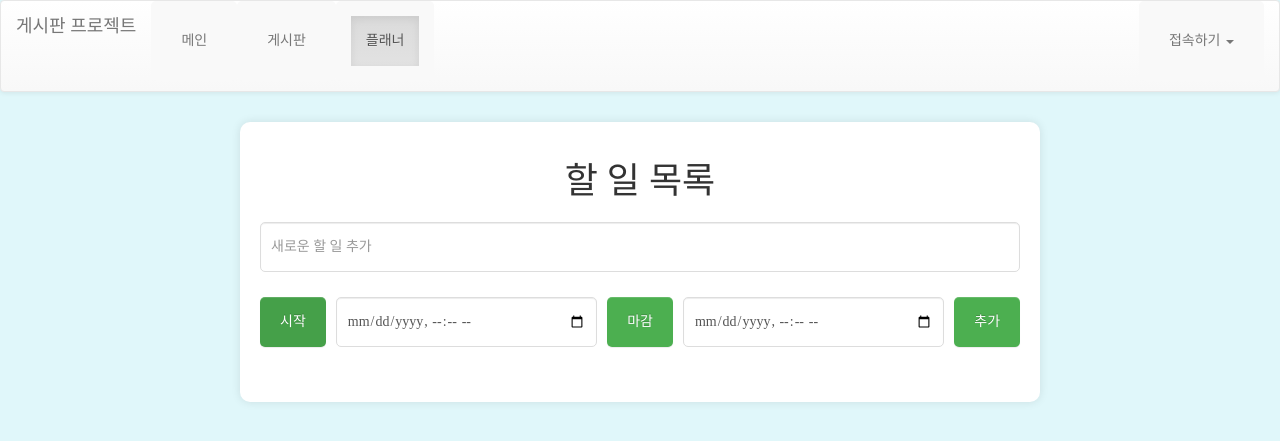
Repository: Seok7975/JSP-Education
Page: http://localhost/ToDoList공유_게시판/planner/planner.jsp
The author's editor kept a copy of each file at every save. The page is drawn from the files as they stood at one save, then again after the next save.
The browser window is 1280 px wide. The pictures show the whole page.
The pointer rests on the first visible `.add-item button`.
Some web fonts or font styles are not loaded; a fallback is used. Some web libraries are served in a nearby version. The page is served by Tomcat 9. Other server files are loaded and not shown.

Above is the page before, as saved 2024-06-17 05:37:16.

### List_Projects_ver2/ToDoList공유 게시판/src/main/webapp/planner/planner.jsp
<%@page import="java.util.List"%>
<%@page import="java.util.ArrayList"%>
<%@page import="java.text.SimpleDateFormat"%>
<%@page import="java.util.Date"%>
<%@page import="java.text.ParseException"%>
<%@page import="com.example.Task"%> <!-- Task 클래스 import -->
<%@ page language="java" contentType="text/html; charset=UTF-8"
    pageEncoding="UTF-8"%>

<!DOCTYPE html>
<html>
<head>
    <meta http-equiv="Content-Type" content="text/html; charset=UTF-8">
    <meta name="viewport" content="width=device-width, initial-scale=1">
    <link rel="stylesheet" href="https://cdn.jsdelivr.net/npm/bootstrap@3.3.7/dist/css/bootstrap.min.css" integrity="sha384-BVYiiSIFeK1dGmJRAkycuHAHRg32OmUcww7on3RYdg4Va+PmSTsz/K68vbdEjh4u" crossorigin="anonymous">
    <link rel="stylesheet" href="https://cdn.jsdelivr.net/npm/bootstrap@3.3.7/dist/css/bootstrap-theme.min.css" integrity="sha384-rHyoN1iRsVXV4nD0JutlnGaslCJuC7uwjduW9SVrLvRYooPp2bWYgmgJQIXwl/Sp" crossorigin="anonymous">
    <link rel="stylesheet" href="../todolistCss/todolistStyle.css"> <!-- 외부 CSS 파일 참조 -->
    <script src="https://code.jquery.com/jquery-3.1.1.min.js"></script>
    <script src="https://cdn.jsdelivr.net/npm/bootstrap@3.3.7/dist/js/bootstrap.min.js" integrity="sha384-Tc5IQib027qvyjSMfHjOMaLkfuWVxZxUPnCJA7l2mCWNIpG9mGCD8wGNIcPD7Txa" crossorigin="anonymous"></script>
    <link rel="stylesheet" href="../css/jumbotronCustom.css">
    <title>투두리스트 페이지</title>
    <script>
        $(document).ready(function() {
            $('#startButton').click(function() {
                $('#startDateTime').focus().click();
            });
            $('#dueButton').click(function() {
                $('#dueDateTime').focus().click();
            });
        });
    </script>
</head>
<body>
<%
    String userID = null;
    if (session.getAttribute("userID") != null) {
        userID = (String) session.getAttribute("userID");
    }
%>
    <nav class="navbar navbar-default">
        <div class="container-fluid">
            <div class="navbar-header">
                <button type="button" class="navbar-toggle collapsed" data-toggle="collapse" data-target="#bs-example-navbar-collapse-1" aria-expanded="false">
                    <span class="sr-only">Toggle navigation</span>
                    <span class="icon-bar"></span>
                    <span class="icon-bar"></span>
                    <span class="icon-bar"></span>
                </button>
                <a class="navbar-brand" href="../main.jsp">게시판 프로젝트</a>
            </div>
            <div class="collapse navbar-collapse" id="bs-example-navbar-collapse-1">
                <ul class="nav navbar-nav">
                    <li><a href="../main.jsp">메인</a></li>
                    <li><a href="../bbs.jsp">게시판</a></li>
                    <li class="active"><a href="planner.jsp">플래너</a></li> <!-- 플래너 메뉴 추가 -->
                </ul>
                <%
                    if(userID == null) {
                %>
                    <ul class="nav navbar-nav navbar-right">
                        <li class="dropdown">
                            <a href="#" class="dropdown-toggle" data-toggle="dropdown" role="button" aria-haspopup="true" aria-expanded="false">접속하기 <span class="caret"></span></a>
                            <ul class="dropdown-menu">
                                <li><a href="../login.jsp">로그인</a></li>
                                <li><a href="../join.jsp">회원가입</a></li>
                            </ul>
                        </li>
                    </ul>
                <%
                    } else {
                %>
                    <ul class="nav navbar-nav navbar-right">
                        <li class="dropdown">
                            <a href="#" class="dropdown-toggle" data-toggle="dropdown" role="button" aria-haspopup="true" aria-expanded="false">회원관리<span class="caret"></span></a>
                            <ul class="dropdown-menu">
                                <li><a href="../logoutAction.jsp">로그아웃</a></li>
                            </ul>
                        </li>
                    </ul>
                <%
                    }
                %>
            </div>
        </div>
    </nav>

    <div class="todo-container">
        <h1>할 일 목록</h1>
        <form class="add-item" action="addItem.jsp" method="post">
            <div class="form-group">
                <input type="text" class="form-control" name="item" placeholder="새로운 할 일 추가" required>
            </div>
            <div class="form-group">
                <button type="button" id="startButton" class="btn btn-primary">시작</button>
                <input type="datetime-local" class="form-control" id="startDateTime" name="startDateTime" required>
                <button type="button" id="dueButton" class="btn btn-primary">마감</button>
                <input type="datetime-local" class="form-control" id="dueDateTime" name="dueDateTime" required>
                <button type="submit" class="btn btn-primary">추가</button>
            </div>
        </form>
        <ul>
            <%
                List<Task> tasks = (List<Task>) session.getAttribute("tasks");
                if (tasks == null) {
                    tasks = new ArrayList<>();
                }
                SimpleDateFormat dateFormat = new SimpleDateFormat("yyyy-MM-dd HH:mm");
                SimpleDateFormat inputFormat = new SimpleDateFormat("yyyy-MM-dd'T'HH:mm");

                for (Task task : tasks) {
                    Date startDate = null;
                    Date dueDate = null;
                    try {
                        startDate = inputFormat.parse(task.getStartDateTime());
                        dueDate = inputFormat.parse(task.getDueDateTime());
                    } catch (ParseException e) {
                        e.printStackTrace();
                    }
            %>
                <li class="<%= task.isCompleted() ? "completed" : "" %>">
                    <form action="toggleComplete.jsp" method="post" style="margin: 0;">
                        <input type="hidden" name="taskId" value="<%= task.getId() %>">
                        <input type="checkbox" name="completed" <%= task.isCompleted() ? "checked" : "" %> onChange="this.form.submit()">
                    </form>
                    <span><%= task.getItem() %> (시작: <%= dateFormat.format(startDate) %>, 마감: <%= dateFormat.format(dueDate) %>)</span>
                    <form action="deleteItem.jsp" method="post" style="margin: 0;">
                        <input type="hidden" name="taskId" value="<%= task.getId() %>">
                        <button class="delete btn btn-danger" type="submit">삭제</button>
                    </form>
                </li>
            <%
                }
            %>
        </ul>
    </div>
</body>
</html>

### List_Projects_ver2/ToDoList공유 게시판/src/main/webapp/todolistCss/todolistStyle.css
@charset "UTF-8";
body {
      background-color: #e0f7fa;   /* 생동감 있는 옅은 파란색 배경 */
}

.todo-container {
    max-width: 800px;
    margin: 30px auto;
    padding: 20px;
    background: #fff;
    border-radius: 10px;
    box-shadow: 0 0 10px rgba(0, 0, 0, 0.1);
}

h1 {
    text-align: center;
    color: #333;
    margin-bottom: 20px;
}

.add-item {
    display: flex;
    flex-direction: column;
    gap: 10px;
    margin-bottom: 20px;
}

.add-item .form-group {
    display: flex;
    gap: 10px;
}

.add-item input[type="text"],
.add-item input[type="datetime-local"] {
    flex: 1;
    padding: 10px;
    height: 50px;
    border: 1px solid #ddd;
    border-radius: 5px;
}



.add-item button {
    padding: 10px 20px;
    border: none;
    background: #4caf50;
    color: white;
    border-radius: 5px;
    cursor: pointer;
    transition: background 0.3s;
}

.add-item button:hover {
    background: #45a049;
}

ul {
    list-style: none;
    padding: 0;
}

ul li {
    background: #f9f9f9;
    margin-bottom: 10px;
    padding: 15px;
    border-radius: 5px;
    display: flex;
    justify-content: space-between;
    align-items: center;
    transition: background 0.3s;
}

ul li:hover {
    background: #ececec;
}

ul li.completed span {
    text-decoration: line-through;
    color: #999;
}

ul li form {
    display: flex;
    align-items: center;
}

ul li form input[type="checkbox"] {
    margin-right: 10px;
}

ul li span {
    flex-grow: 1;
}

.delete {
    background: #ff6b6b;
    color: white;
    border: none;
    padding: 5px 10px;
    border-radius: 5px;
    cursor: pointer;
    transition: background 0.3s;
}

.delete:hover {
    background: #ff4c4c;
}

### List_Projects_ver2/ToDoList공유 게시판/src/main/webapp/css/jumbotronCustom.css

@import url(http://fonts.googleapis.com/earlyaccess/nanumgothic.css);
@import url(http://fonts.googleapis.com/earlyaccess/hanna.css);
* {
	font-family : 'Nanum Gothic';
}

h1 {
	font-family : 'Hanna';
}

After the next save:
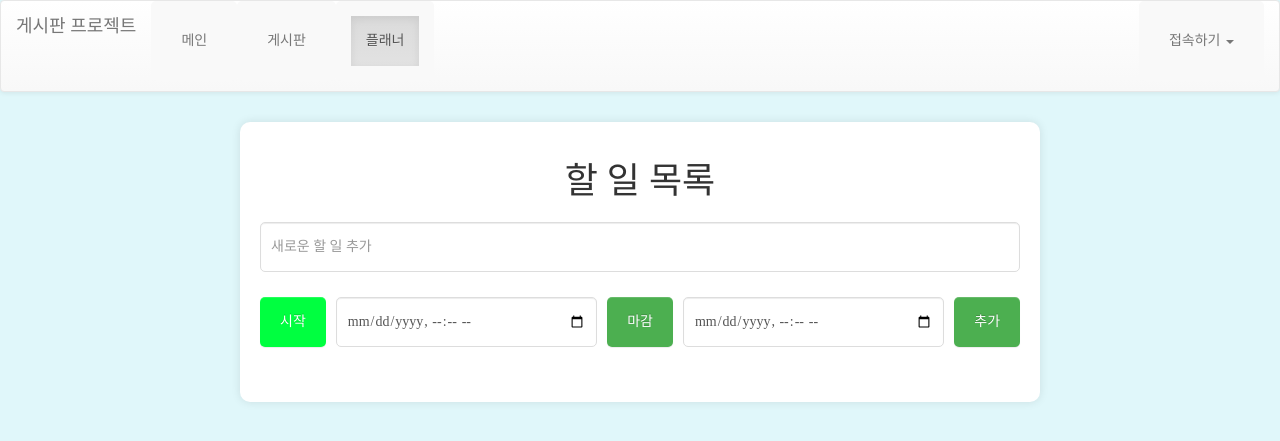
Saved 14 min 5 s later.
--- a/List_Projects_ver2/ToDoList공유 게시판/src/main/webapp/todolistCss/todolistStyle.css
+++ b/List_Projects_ver2/ToDoList공유 게시판/src/main/webapp/todolistCss/todolistStyle.css
@@ -52,7 +52,7 @@
 }
 
 .add-item button:hover {
-    background: #45a049;
+    background: rgb(0, 255, 64);
 }
 
 ul {

After the save that followed:
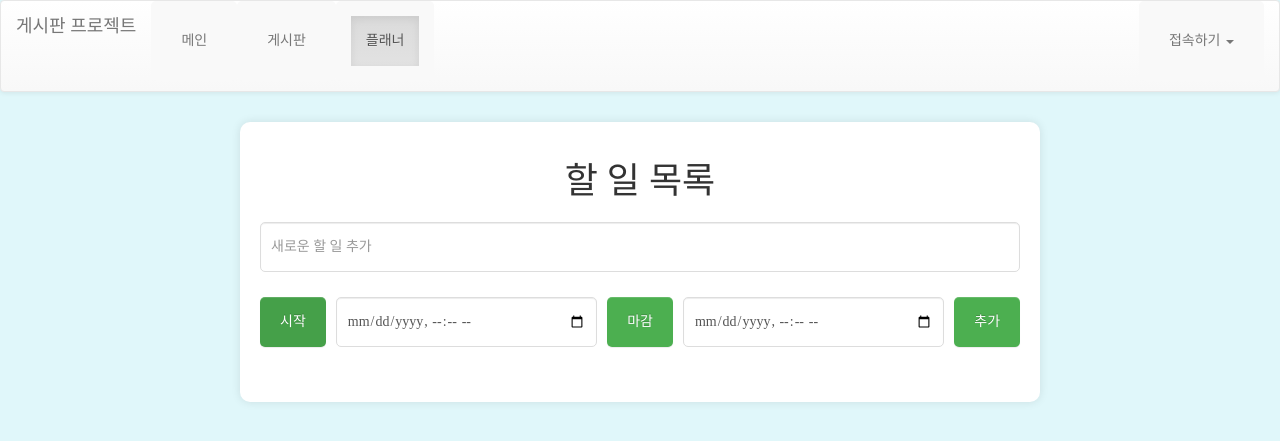
Saved 19 s later.
--- a/List_Projects_ver2/ToDoList공유 게시판/src/main/webapp/todolistCss/todolistStyle.css
+++ b/List_Projects_ver2/ToDoList공유 게시판/src/main/webapp/todolistCss/todolistStyle.css
@@ -52,7 +52,7 @@
 }
 
 .add-item button:hover {
-    background: rgb(0, 255, 64);
+    background: #45a049;
 }
 
 ul {
